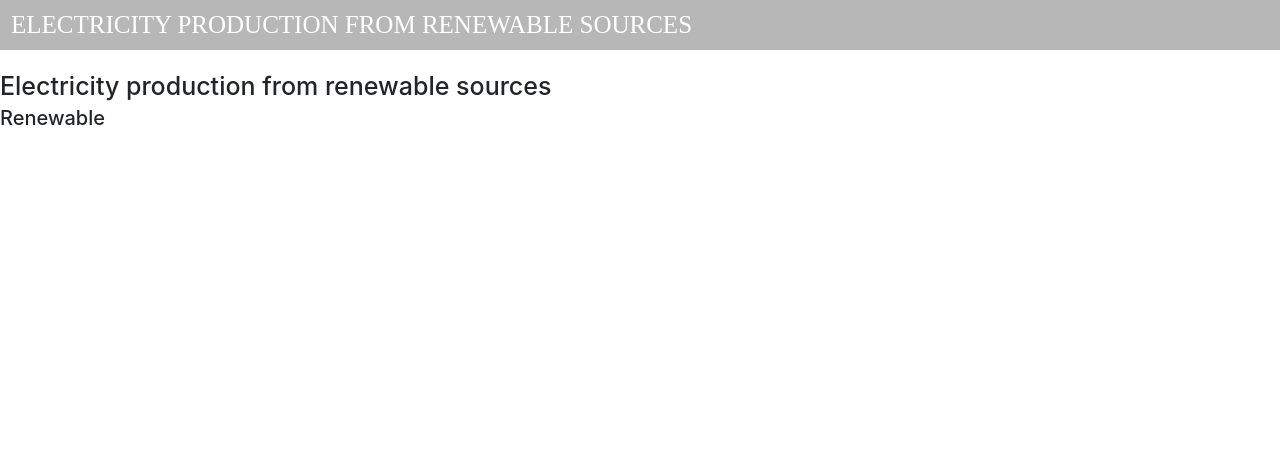
Repository: pjachimowski/renewable
Page: index.html
The author's editor kept a record of every edit. The page is drawn from the files as they stood at one moment, then again after the next edit.
The browser window is 1280 px wide. The pictures show the whole page.
Some web fonts or font styles are not loaded; a fallback is used. Some web libraries are served in a nearby version.

Above is the page before.
Console error: SyntaxError: Invalid or unexpected token

After the next edit:
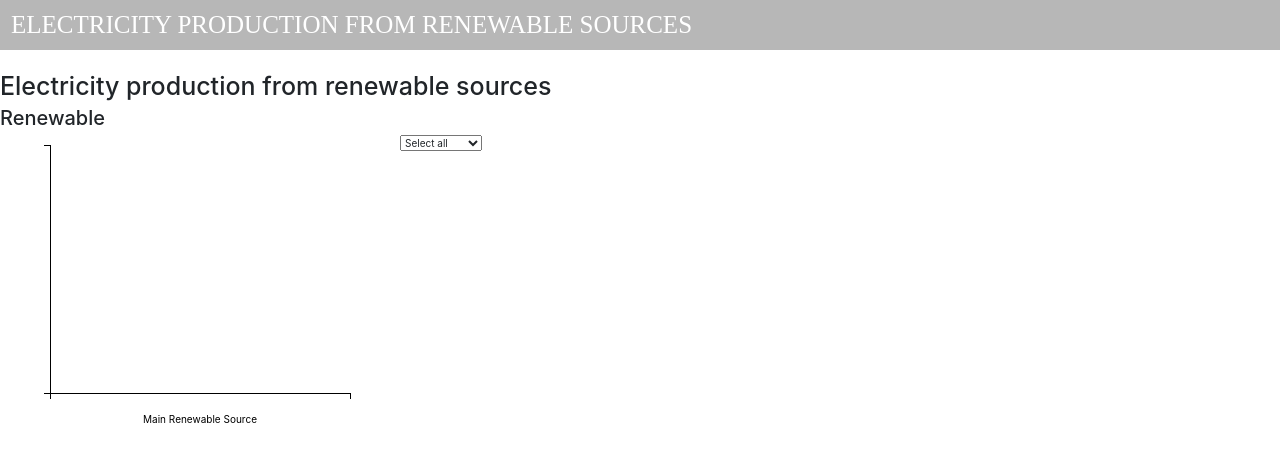
Console error: ReferenceError: y is not defined
The edit:
--- a/static/js/graphs2.js
+++ b/static/js/graphs2.js
@@ -82,4 +82,3 @@
         .xAxisLabel("Continent")
         .yAxis().ticks(4);
 }
-© 2019 GitHub, Inc.

After the 4 edits that followed:
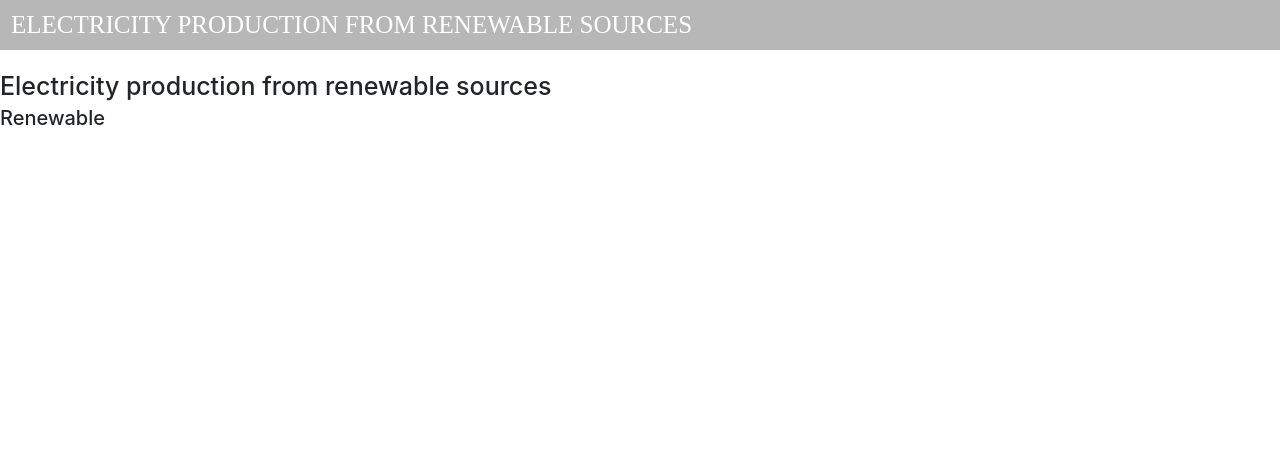
Console error: SyntaxError: Invalid or unexpected token
The 4 edits are shown as one change because 3 left the picture as it was.
The edit:
--- a/static/js/graphs2.js
+++ b/static/js/graphs2.js
@@ -5,6 +5,11 @@
 function makeGraphs(error, renewableData) {
     var ndx = crossfilter(renewableData);
 
+ /*
+    renewableData.forEach(function(d){
+        d.renewable.total = parseInt(d.renewable.total);
+    })
+    //
     show_continent_selector(ndx);
     show_sources_balance(ndx);
     show_average_renewable(ndx);
@@ -80,5 +85,5 @@
         .xUnits(dc.units.ordinal)
         .elasticY(true)
         .xAxisLabel("Continent")
-        .yAxis().ticks(4);
+        .yAxis().ticks(10);
 }
